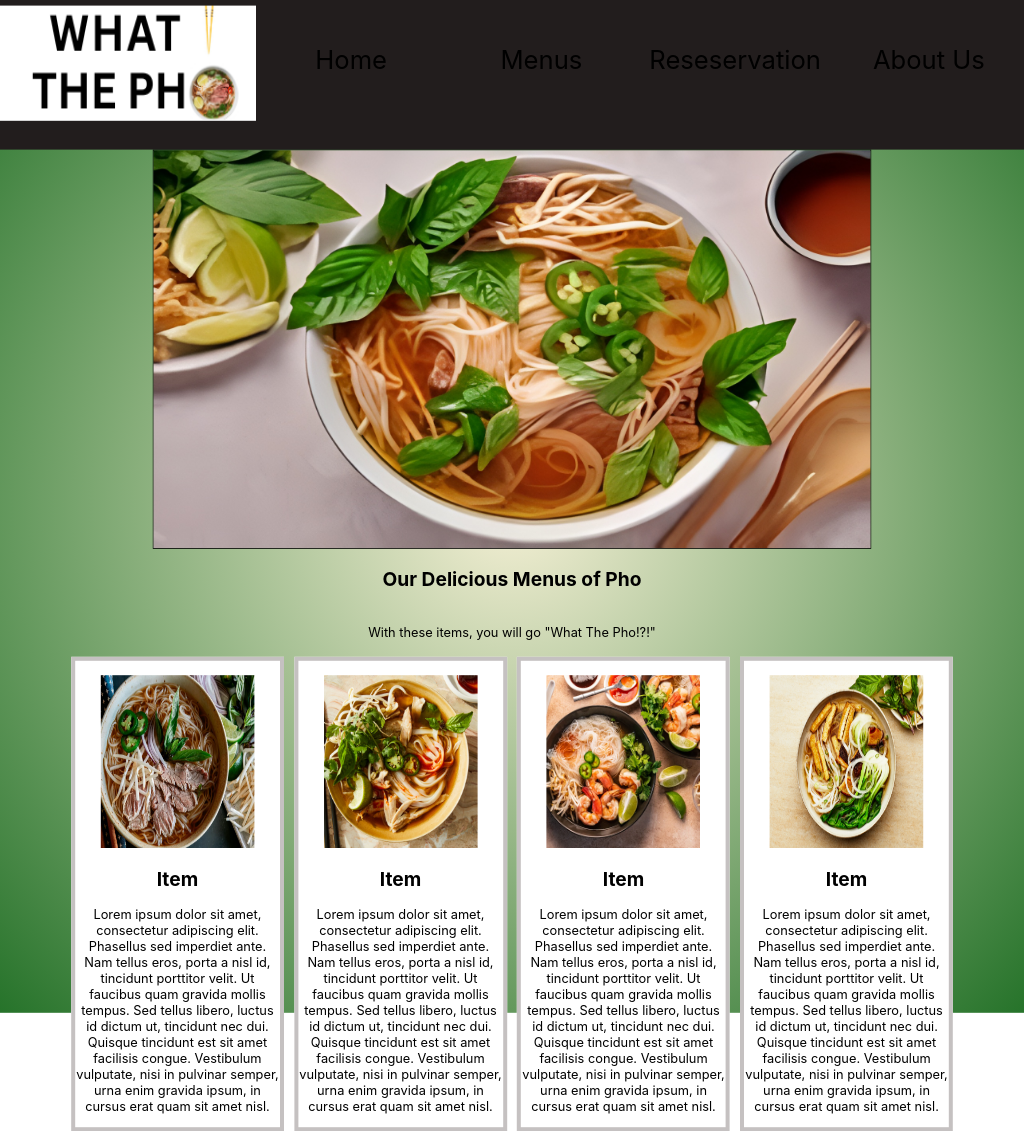
Repository: NguyenkhDang/Restaurant-Website
Page: /
These files come from the project's save history. The page is drawn as it stood at one moment and after the next save; the edit follows.
The browser window is 1280 px wide. The pictures show the whole page, at 80% of full size.
The project was rebuilt for these pictures with package versions that can differ from the ones it lists, and the page was loaded fresh each time.

Above is the page before, as saved 2026-01-15 22:52:05.

After the next save:
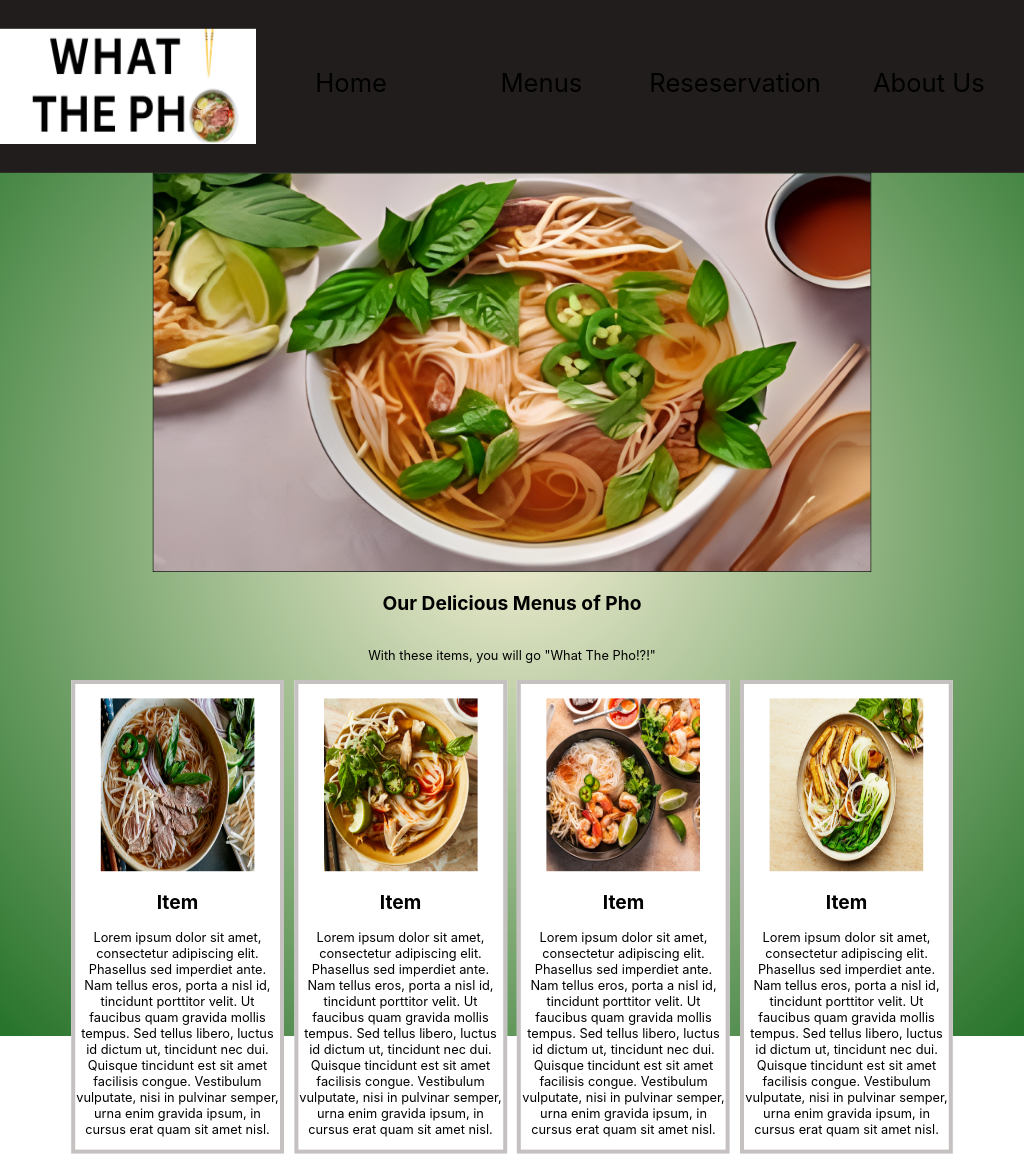
Saved 8 s later.
--- a/src/CSS/NavigationBar.css
+++ b/src/CSS/NavigationBar.css
@@ -3,7 +3,7 @@
   display: grid;
   grid-template-columns: 25% 75%;
   height: 25vh;
-  padding-top: 1vh;
+  padding-top: 5vh;
 }
 .wholeMavBar{
   float: right;
